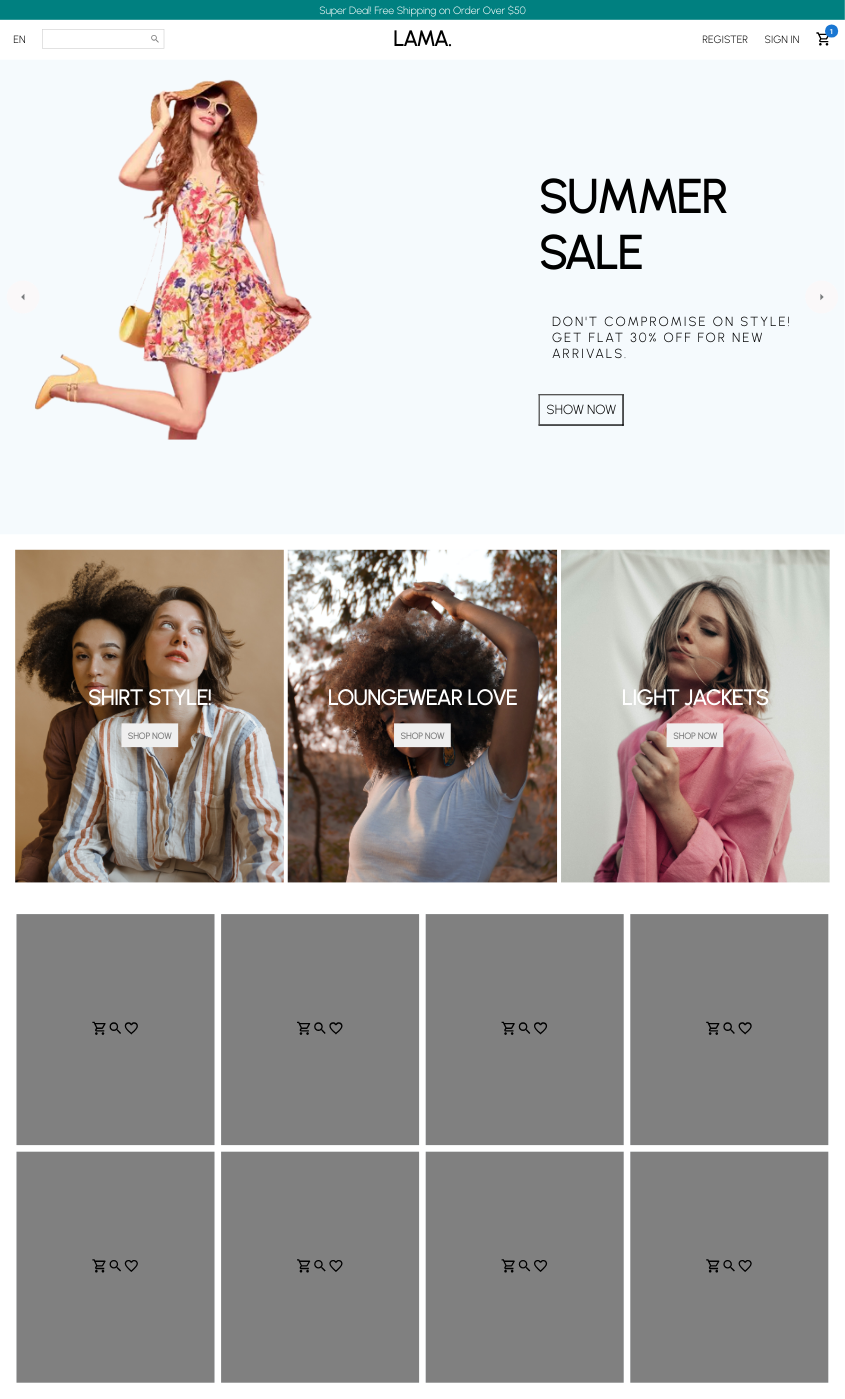
Repository: kmvaghela/ECOMMERCE
Page: /
The author's editor kept a copy of each file at every save. The page is drawn from the files as they stood at one save, then again after the next save.
The browser window is 1280 px wide. The pictures show the whole page, at 66% of full size.
The project was rebuilt for these pictures with package versions that can differ from the ones it lists, and the page was loaded fresh each time.

Above is the page before, as saved 2022-02-23 17:52:27.

### public/index.html
<!DOCTYPE html>
<html lang="en">

<head>
  <meta charset="utf-8" />
  <meta name="viewport" content="width=device-width, initial-scale=1" />
  <meta name="description" content="Web site created using create-react-app" />
  <link href="https://fonts.googleapis.com/css2?family=Urbanist:wght@100;200;300&display=swap" rel="stylesheet">
  <style>
    * {
      margin: 0;
      font-family: 'Urbanist', sans-serif;
    }
  </style>
  <title>React App</title>
</head>

<body>
  <noscript>You need to enable JavaScript to run this app.</noscript>
  <div id="root"></div>
</body>

</html>

### src/pages/Home.jsx
import React from "react";
import Announcement from "../components/Announcement";
import Categories from "../components/Categories";
import Navbar from "../components/Navbar";
import Products from "../components/Products";
import Slider from "../components/Slider";
const Home = () => {
  return (
    <div>
      <Announcement />
      <Navbar />
      <Slider />
      <Categories />
      <Products />
    </div>
  );
};
export default Home;

### src/components/Announcement.jsx
import styled from "styled-components";

const Container = styled.div`
  height: 30px;
  background-color: teal;
  color: white;
  display: flex;
  align-items: center;
  justify-content: center;
  font-size: 14;
  font-weight: 500;
`;

const Announcement = () => {
  return (
    <Container>
      Super Deal! Free Shipping on Order Over $50
    </Container>
  );
};

export default Announcement;

### src/components/Categories.jsx
import styled from "styled-components";
import { categories } from "../data";
import CategoryItem from "./CategoryItem";

const Container = styled.div`
  display: flex;
  padding: 20px;
  justify-content: space-between;
`;

const Categories = () => {
  return (
    <Container>
      {categories.map((item) => (
        <CategoryItem item={item} key={item.id}/>
      ))}
    </Container>
  );
};

export default Categories;

### src/components/Navbar.jsx
import React from "react";
import styled from "styled-components";
import SearchOutlinedIcon from "@mui/icons-material/SearchOutlined";
import ShoppingCartOutlinedIcon from "@mui/icons-material/ShoppingCartOutlined";
import Badge from "@mui/material/Badge";

const Container = styled.div`
  height: 60px;
`;
const Wrapper = styled.div`
  padding: 10px 20px;
  display: flex;
  align-items: center;
  justify-content: space-between;
`;
const Left = styled.div`
  flex: 1;
  display: flex;
  align-items: center;
`;
const Language = styled.span`
  font-size: 14;
  cursor: pointer;
`;
const SearchContainer = styled.div`
  border: 0.5px solid lightgray;
  display: flex;
  align-items: center;
  margin-left: 25px;
  padding: 5px;
`;
const Input = styled.input`
  border: none;
`;

const Center = styled.div`
  flex: 2;
`;
const Logo = styled.h1`
  font-weight: bold;
  text-align: center;
`;

const Right = styled.div`
  flex: 1;
  display: flex;
  align-items: center;
  justify-content: flex-end;
`;
const MenuItem = styled.div`
  font-size: 14;
  cursor: pointer;
  margin-left: 25px;
`;

const Navbar = () => {
  return (
    <Container>
      <Wrapper>
        <Left>
          <Language>EN</Language>
          <SearchContainer>
            <Input />
            <SearchOutlinedIcon style={{color:"gray",fontSize:16}}/>
          </SearchContainer>
        </Left>
        <Center>
          <Logo>LAMA.</Logo>
        </Center>
        <Right>
          <MenuItem>REGISTER</MenuItem>
          <MenuItem>SIGN IN</MenuItem>
          <MenuItem>
            <Badge badgeContent={1} color="primary">
              <ShoppingCartOutlinedIcon />
            </Badge>
          </MenuItem>
        </Right>
      </Wrapper>
    </Container>
  );
};
export default Navbar;

### src/components/Products.jsx
import React from "react";
import styled from "styled-components";
import { popularProducts } from "../data";
import Product from "./Product";

const Container = styled.div`
  padding: 20px;
  display: flex;
  flex-wrap: wrap;
  justify-content: space-between;
`;

const Products = () => {
  return (
    <Container>
      {popularProducts.map((item) => (
        <Product item={item} key={item.id} />
      ))}
    </Container>
  );
};

export default Products;

### src/components/Slider.jsx
import React, { useState } from "react";
import styled from "styled-components";
import { ArrowLeftOutlined, ArrowRightOutlined } from "@mui/icons-material";
import { sliderItems } from "../data";
const Container = styled.div`
  width: 100%;
  height: 100vh;
  display: flex;
  position: relative;
  overflow: hidden;
`;
const Arrow = styled.div`
  width: 50px;
  height: 50px;
  background-color: #fff7f7;
  border-radius: 50%;
  display: flex;
  align-items: center;
  justify-content: center;
  position: absolute;
  top: 0;
  bottom: 0;
  left: ${(props) => props.direction === "left" && "10px"};
  right: ${(props) => props.direction === "right" && "10px"};
  margin: auto;
  cursor: pointer;
  opacity: 0.5;
  z-index: 2;
`;

const Wrapper = styled.div`
  height: 100%;
  display: flex;
  transform: translateX(${(props) => props.slideIndex * -100}vw);
  transition: all 1.5s ease;
`;

const Slide = styled.div`
  width: 100vw;
  height: 100vh;
  display: flex;
  align-items: center;
  background-color: ${(props) => props.bg};
`;
const ImgContainer = styled.div`
  height: 100%;
  flex: 1;
`;
const InfoContainer = styled.div`
  flex: 1;
  padding: 50px;
`;
const Image = styled.img`
  height: 80%;
`;

const Title = styled.h1`
  font-size: 70px;
`;
const Desc = styled.p`
  margin: 50px 20px;
  font-size: 20px;
  font-weight: 500;
  letter-spacing: 3px;
`;
const Button = styled.button`
  padding: 10px;
  font-size: 20px;
  background-color: transparent;
  cursor: pointer;
`;

const Slider = () => {
  const [slideIndex, setSlideIndex] = useState(0);
  const handleClick = (direction) => {
    if (direction === "left") {
      setSlideIndex(slideIndex > 0 ? slideIndex - 1 : 2);
    } else {
      setSlideIndex(slideIndex < 2 ? slideIndex + 1 : 0);
    }
  };
  return (
    <Container>
      <Arrow direction="left" onClick={() => handleClick("left")}>
        <ArrowLeftOutlined />
      </Arrow>
      <Wrapper slideIndex={slideIndex}>
        {sliderItems.map((item) => (
          <Slide bg={item.bg} key={item.id}>
            <ImgContainer>
              <Image src={item.img} alt="" />
            </ImgContainer>
            <InfoContainer>
              <Title>{item.title}</Title>
              <Desc>{item.desc}</Desc>
              <Button>SHOW NOW</Button>
            </InfoContainer>
          </Slide>
        ))}
      </Wrapper>
      <Arrow direction="right" onClick={() => handleClick("right")}>
        <ArrowRightOutlined />
      </Arrow>
    </Container>
  );
};

export default Slider;

### src/data.js
import img1 from "./assets/1.png";
import img2 from "./assets/2.png";
import img3 from "./assets/3.png";
import caterogryImg1 from "./assets/category-item-images/1.jpg";
import caterogryImg2 from "./assets/category-item-images/2.jpg";
import caterogryImg3 from "./assets/category-item-images/3.jpg";
import ProductImg1 from "./assets/product-images/1.png";
import ProductImg2 from "./assets/product-images/2.png";
import ProductImg3 from "./assets/product-images/3.png";
import ProductImg4 from "./assets/product-images/4.png";
import ProductImg5 from "./assets/product-images/5.png";
import ProductImg6 from "./assets/product-images/6.png";
import ProductImg7 from "./assets/product-images/7.png";
import ProductImg8 from "./assets/product-images/8.png";

export const sliderItems = [
    {
        id: 1,
        img: img1,
        title: "SUMMER SALE",
        desc: "DON'T COMPROMISE ON STYLE! GET FLAT 30% OFF FOR NEW ARRIVALS.",
        bg: "#f5fafd",
    },
    {
        id: 2,
        img: img2,
        title: "AUTUMN COLLECTION",
        desc: "DON'T COMPROMISE ON STYLE! GET FLAT 30% OFF FOR NEW ARRIVALS.",
        bg: "#fcf1ed",
    },
    {
        id: 3,
        img: img3,
        title: "LOUNGEWEAR LOVE",
        desc: "DON'T COMPROMISE ON STYLE! GET FLAT 30% OFF FOR NEW ARRIVALS.",
        bg: "#fbf0f4",
    }
];

export const categories = [
    {
        id: 1,
        img: caterogryImg1,
        title: "SHIRT STYLE!",
    },
    {
        id: 2,
        img: caterogryImg2,
        title: "LOUNGEWEAR LOVE",
    },
    {
        id: 3,
        img: caterogryImg3,
        title: "LIGHT JACKETS",
    }
];

export const popularProducts = [
    {
        id: 1,
        img: ProductImg1,
    },
    {
        id: 2,
        img: ProductImg2,
    },
    {
        id: 3,
        img: ProductImg3,
    },
    {
        id: 4,
        img: ProductImg4,
    },
    {
        id: 5,
        img: ProductImg5,
    },
    {
        id: 6,
        img: ProductImg6,
    },
    {
        id: 7,
        img: ProductImg7,
    },
    {
        id: 8,
        img: ProductImg8,
    },

]

### src/components/CategoryItem.jsx
import React from "react";
import styled from "styled-components";

const Container = styled.div`
  flex: 1;
  margin: 3px;
  height: 70vh;
  position: relative;
`;

const Image = styled.img`
  width: 100%;
  height: 100%;
  object-fit: cover;
  background-color: coral;
`;
const Info = styled.div`
  position: absolute;
  top: 0;
  left: 0;
  width: 100%;
  height: 100%;
  display: flex;
  align-items: center;
  justify-content: center;
  flex-direction: column;
`;
const Title = styled.h1`
  color: white;
  margin-bottom: 20px;
`;
const Button = styled.button`
  border: none;
  padding: 10px;
  color: gray;
  cursor: pointer;
  font-weight: 600;
`;

const CategoryItem = ({ item }) => {
  return (
    <Container key={item.id}>
      <Image src={item.img} alt="not  found" />
      <Info>
        <Title>{item.title}</Title>
        <Button>SHOP NOW</Button>
      </Info>
    </Container>
  );
};

export default CategoryItem;

### src/components/Product.jsx
import React from "react";
import styled from "styled-components";
import ShoppingCartOutlined from "@mui/icons-material/ShoppingCartOutlined";
import SearchOutlined from "@mui/icons-material/SearchOutlined";
import FavoriteBorderOutlined from "@mui/icons-material/FavoriteBorderOutlined";

const Container = styled.div`
  flex: 1;
  margin: 5px;
  min-width: 280px;
  height: 350px;
  display: flex;
  align-items: center;
  justify-content: center;
  background-color: #f5fbfd;
  position: relative;
`;

const Circle = styled.div`
  background-color: white;
  width: 200px;
  height: 200px;
  border-radius: 50%;
  position: absolute;
`;

const Image = styled.img`
  height: 75%;
  z-index: 2;
`;

const Info = styled.div`
  width: 100%;
  height: 100%;
  position: absolute;
  top: 0;
  left: 0;
  background-color:gray;
  z-index:3;
  display: flex;
  align-items: center;
  justify-content: center;
`;

const Icon = styled.div``;

const Product = ({ item }) => {
  return (
    <Container>
      <Circle />
      <Image src={item.img} alt="" />
      <Info>
        <Icon>
          <ShoppingCartOutlined />
        </Icon>
        <Icon>
          <SearchOutlined />
        </Icon>
        <Icon>
          <FavoriteBorderOutlined />
        </Icon>
      </Info>
    </Container>
  );
};

export default Product;

Loaded but not shown: src/index.js (common file); src/App.jsx (common file)

After the next save:
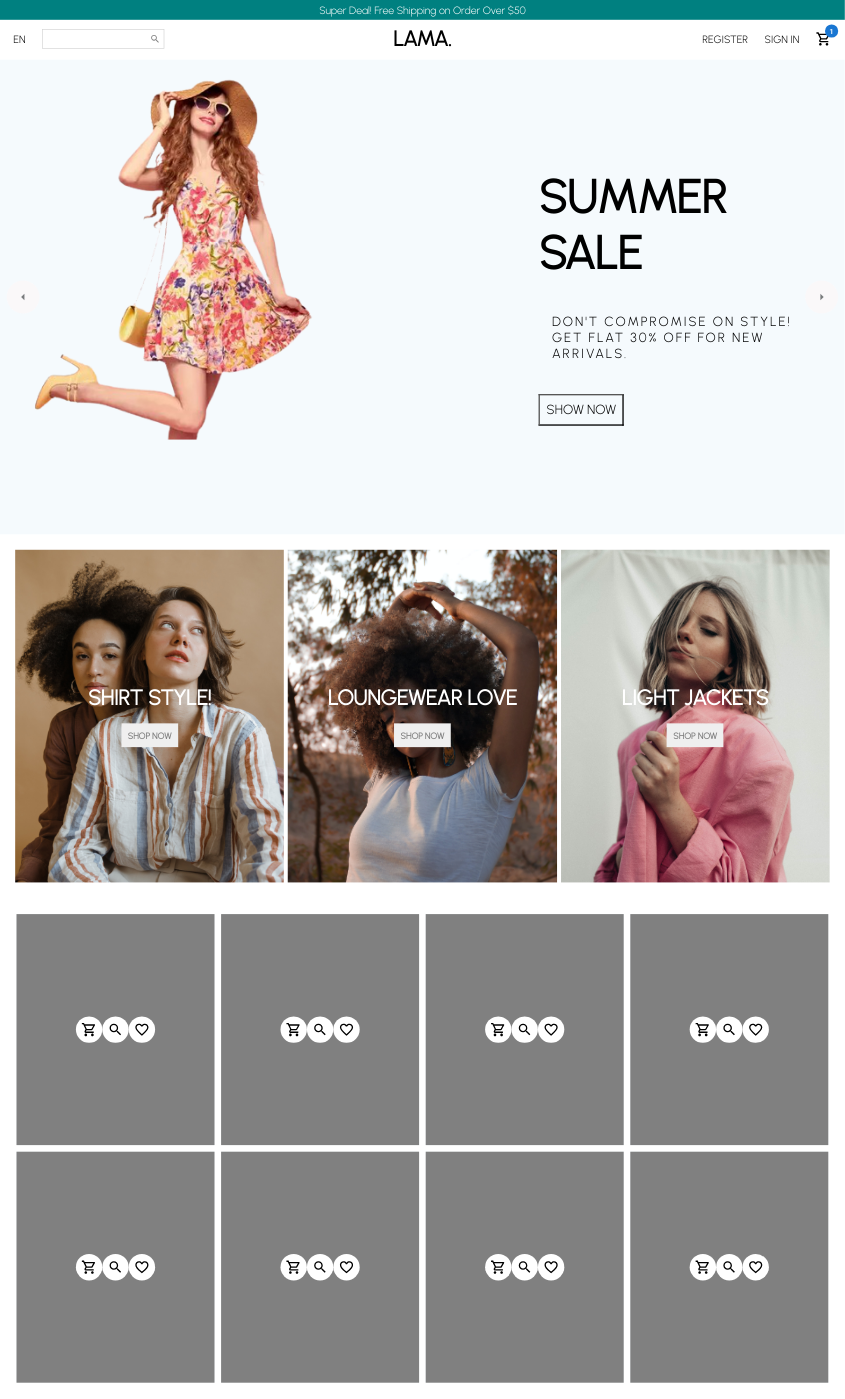
Saved 88 s later.
--- a/src/components/Product.jsx
+++ b/src/components/Product.jsx
@@ -35,14 +35,22 @@
   position: absolute;
   top: 0;
   left: 0;
-  background-color:gray;
-  z-index:3;
+  background-color: gray;
+  z-index: 3;
   display: flex;
   align-items: center;
   justify-content: center;
 `;
 
-const Icon = styled.div``;
+const Icon = styled.div`
+  height: 40px;
+  width: 40px;
+  background-color: white;
+  border-radius: 50%;
+  display: flex;
+  align-items: center;
+  justify-content: center;
+`;
 
 const Product = ({ item }) => {
   return (
